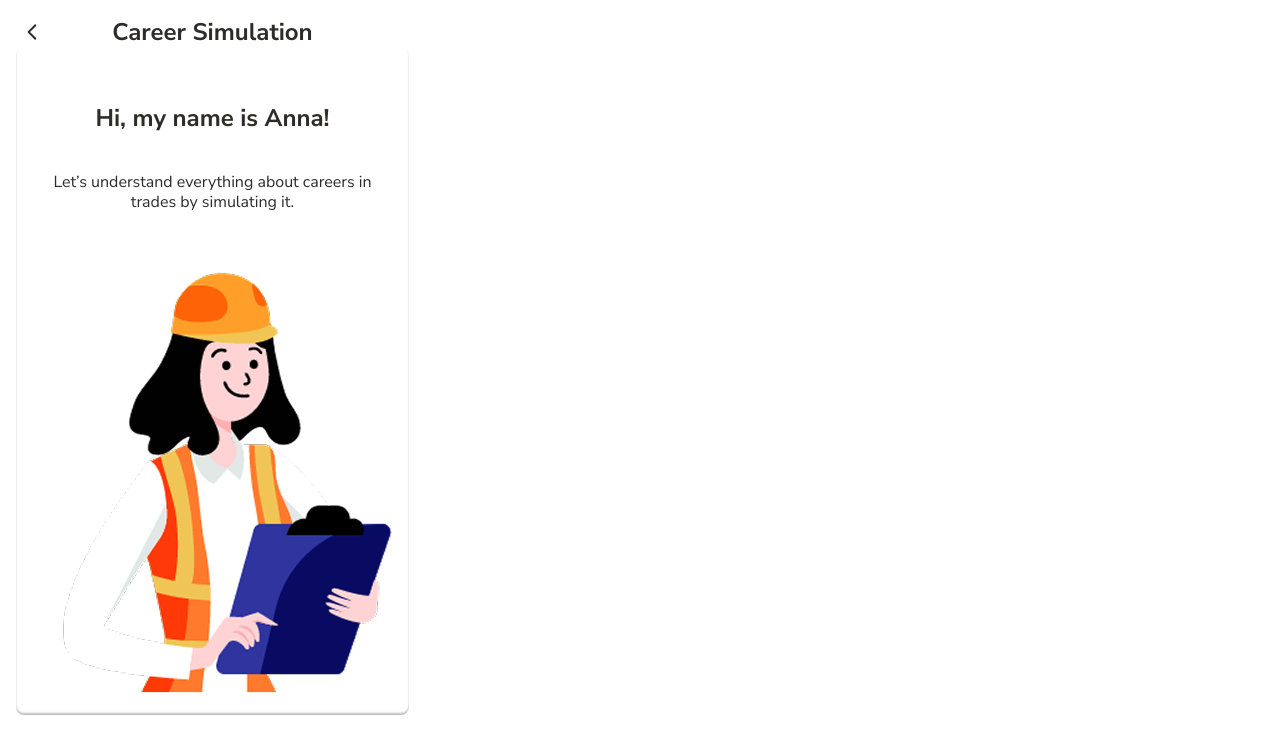
Repository: daniel-liu01/week10books
Page: /
The author's editor kept a copy of each file at every save. The page is drawn from the files as they stood at one save, then again after the next save.
The browser window is 1280 px wide. The pictures show the whole page.
The project was rebuilt for these pictures with package versions that can differ from the ones it lists, and the page was loaded fresh each time. Also part of the build but not shown: vite.config.js, vite.config.ts, src/App.css.

Above is the page before, as saved 2025-10-17 18:04:58.

### index.html
<!DOCTYPE html>
<html lang="en">
    <head>
        <meta charset="UTF-8" />
        <link
            rel="icon"
            type="image/svg+xml"
            href="/vite.svg" />
        <meta
            name="viewport"
            content="width=device-width, initial-scale=1.0" />
        <title>frontend</title>
        <link
            rel="preconnect"
            href="https://fonts.googleapis.com" />
        <link
            rel="preconnect"
            href="https://fonts.gstatic.com"
            crossorigin />
        <link
            href="https://fonts.googleapis.com/css2?family=Nunito+Sans:ital,opsz,wght@0,6..12,200..1000;1,6..12,200..1000&display=swap"
            rel="stylesheet" />
    </head>
    <body>
        <div id="root"></div>
        <script
            type="module"
            src="/src/main.jsx"></script>
    </body>
</html>

### src/index.css
/* ------------------------------------------------------ GENERAL STYLES ------------------------------------------------------ */
*,
*::before,
*::after {
    box-sizing: inherit;
}

html,
body {
    padding: 0;

    font-family: var(--font-family);
    box-sizing: border-box;
}

body {
    width: 393px;
    min-height: 100vh;
    margin: 16px;
}

html {
    display: flex;
    align-items: flex-start;
}

/* ------------------------------------------------------ VARIABLES ------------------------------------------------------ */
:root {
    /* ----- COLORS ----- */
    --primary-50: #fff1e6;
    --primary-100: #ffd4b0;
    --primary-200: #ffbf8a;
    --primary-300: #ffa155;
    --primary-400: #ff8f34;
    --primary-500: #ff7301;
    --primary-600: #e86901;
    --primary-700: #b55201;
    --primary-800: #8c3f01;
    --primary-900: #6b3000;

    --secondary-50: #eefae6;
    --secondary-100: #cbefb1;
    --secondary-200: #b2e88b;
    --secondary-300: #8fdd55;
    --secondary-400: #79d635;
    --secondary-500: #58cc02;
    --secondary-600: #50ba02;
    --secondary-700: #3e9101;
    --secondary-800: #307001;
    --secondary-900: #255601;

    /* -- neutral colors -- */

    --offwhite-500: #f9f9f9;
    --white: #ffffff;
    --black-50: #eaeaea;
    --black-100: #bebebd;
    --black-200: #9e9e9d;
    --black-300: #727271;
    --black-400: #575655;
    --black-500: #2d2c2b;

    /* ----- TYPE ----- */
    --font-family: "Nunito Sans", sans-serif;

    --font-size-extra-large: 88px;
    --font-size-large: 30px;
    --font-size-extra-medium: 24px;
    --font-size-medium: 20px;
    --font-size-regular: 16px;
    --font-size-small: 12px;
    --font-size-extra-small: 10px;

    --font-style-normal: normal;
    --font-weight-bold: bold;

    --line-height-xxlarge: 100px;
    --line-height-large: 36px;
    --line-height-medium: 28px;
    --line-height-small: 20px;

    /* ----- SPACING ----- */
    --space-extra-small: 4px;
    --space-small: 8px;
    --space-regular: 16px;
    --space-medium: 32px;
    --space-large: 48px;
    --space-extra-large: 140px;

    /* ----- Inner shadow ----- */
    --inner-shadow: 0 -2px 2px 0 rgba(0, 0, 0, 0.25);
}

### src/App.jsx
import { useState } from "react";
import { BrowserRouter as Router, Routes, Route } from "react-router-dom";
import "./App.css";

import Simulation from "../app/Simulation/Simulation";

function App() {
    return (
        <div>
            <Simulation />
        </div>
    );
}

export default App;

### app/Simulation/Simulation.jsx
import styles from "./Simulation";
import HeadingBar from "../../components/HeadingBar/HeadingBar";
import Card from "../../components/Card/Card";

function Simulation() {
    return (
        <div>
            <HeadingBar />
            <Card
                image='Anna.png'
                title='Hi, my name is Anna!'
                description={`Let’s understand everything
about careers in trades by simulating it.`}
            />
        </div>
    );
}

export default Simulation;

### components/HeadingBar/HeadingBar.jsx
import styles from "./HeadingBar.module.css";
import ArrowBack from "../ArrowBack/ArrowBack";

function HeadingBar() {
    return (
        <div className={styles.heading_container}>
            <ArrowBack />
            <h1 className={styles.heading_pageTitle}>Career Simulation</h1>
            <div className={styles.heading_placeholder}></div>
        </div>
    );
}

export default HeadingBar;

### components/Card/Card.jsx
import styles from "./Card.module.css";

function Card({ image, title, description }) {
    return (
        <div className={styles.container}>
            <div className={styles.content}>
                <h3 className={styles.title}>{title}</h3>
                <p className={styles.description}>{description}</p>
            </div>
            {image && (
                <div className={styles.image_wrapper}>
                    <img
                        src={image}
                        alt={title}
                        className={styles.image}
                    />
                </div>
            )}
        </div>
    );
}

export default Card;

### components/HeadingBar/HeadingBar.module.css
.heading_container {
    width: 100%;
    display: flex;
    align-items: center;
    justify-content: space-between;
    gap: var(--space-small);
    margin: 0;
    padding: 0;
}

.heading_pageTitle {
    font-weight: var(--font-weight-bold);
    font-size: var(--font-size-extra-medium);
    margin: 0;
    line-height: 1;
    color: var(--black-500);
}

.heading_placeholder {
    width: var(--space-medium);
    height: var(--space-medium);
    visibility: hidden;
}

### components/ArrowBack/ArrowBack.jsx
import styles from "./ArrowBack.module.css";

function ArrowBack() {
    return (
        <div className={styles.arrow_container}>
            <svg
                className={styles.arrow_icon}
                xmlns='http://www.w3.org/2000/svg'
                width='16'
                height='16'
                viewBox='0 0 12 20'
                fill='none'>
                <path
                    d='M10.7071 19.2929C10.3166 19.6834 9.68342 19.6834 9.29289 19.2929L0.707106 10.7071C0.316582 10.3166 0.316583 9.68342 0.707107 9.29289L9.29289 0.707106C9.68342 0.316582 10.3166 0.316582 10.7071 0.707107L11.0679 1.06789C11.4584 1.45842 11.4584 2.09158 11.0679 2.48211L3.55 10L11.0679 17.5179C11.4584 17.9084 11.4584 18.5416 11.0679 18.9321L10.7071 19.2929Z'
                    fill='currentColor'
                />
            </svg>
        </div>
    );
}

export default ArrowBack;

### components/Card/Card.module.css
.container {
    display: flex;
    padding: var(--space-regular);
    flex-direction: column;
    justify-content: space-between;
    align-items: center;
    flex: 1 0 0;
    align-self: stretch;
    border-radius: var(--space-small);
    background: var(--white);
    box-shadow: var(--inner-shadow) inset;
}

.content {
    display: flex;
    padding: var(--space-regular);
    flex-direction: column;
    justify-content: space-between;
    align-items: center;
    flex: 1 0 0;
    align-self: stretch;
    font-family: var(--font-family);
    color: var(--black-500);
    text-align: center;
}

.title {
    font-size: var(--font-size-extra-medium);
    font-weight: var(--font-weight-bold);
    line-height: var(--line-height-medium);
}

.description {
    font-size: var(--font-size-regular);
    line-height: var(--line-height-small);
}

.image_wrapper {
}

.image {
}

### components/ArrowBack/ArrowBack.module.css
.arrow_container {
    display: inline-flex;
    align-items: center;
    justify-content: center;
    background: none;
    border: none;
    cursor: pointer;
    padding: 0;
    width: var(--space-medium);
    height: var(--space-medium);
}

.arrow_icon {
    color: var(--black-500);
    width: var(--space-regular);
    height: var(--space-regular);
}

.arrow_container:hover .arrow_icon {
    color: var(--primary-500);
}

Loaded but not shown: src/main.jsx (common file)

After the next save:
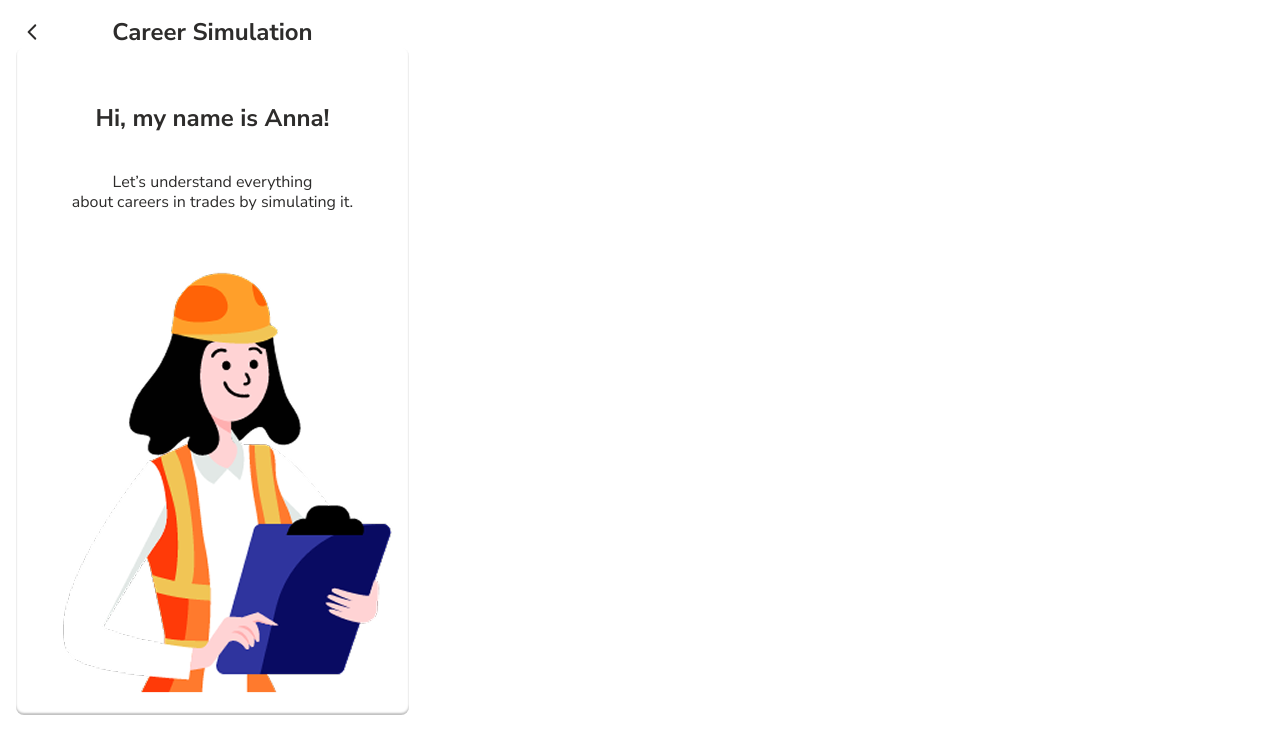
Saved 17 s later.
--- a/components/Card/Card.module.css
+++ b/components/Card/Card.module.css
@@ -33,6 +33,7 @@
 .description {
     font-size: var(--font-size-regular);
     line-height: var(--line-height-small);
+    white-space: pre-line;
 }
 
 .image_wrapper {
